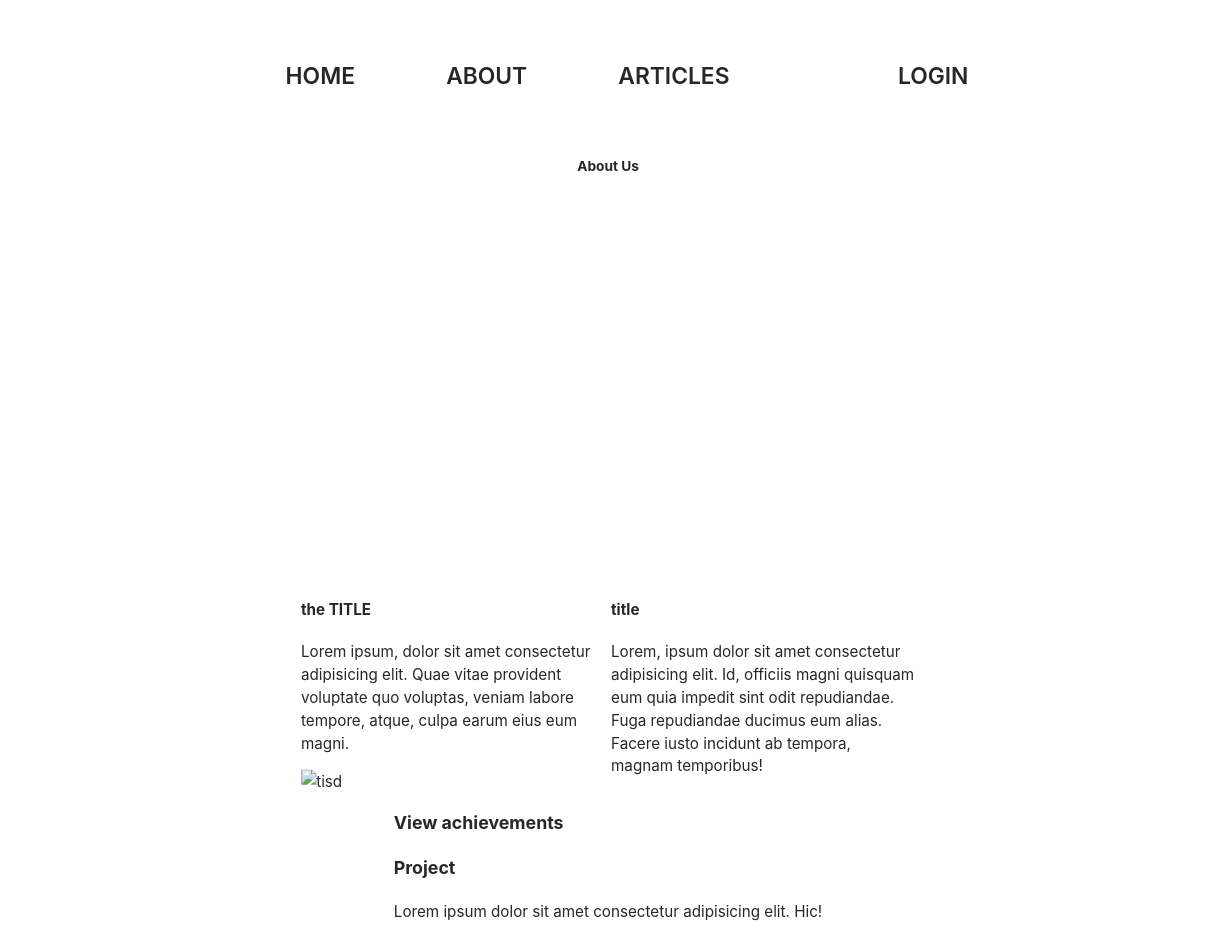
Repository: ValGrace/-static-site
Page: /about (app in client/)
These files come from the project's save history. The page is drawn as it stood at one moment and after the next save; the edit follows.
The browser window is 1280 px wide. The pictures show the whole page, at 95% of full size.
The project was rebuilt for these pictures with package versions that can differ from the ones it lists, and the page was loaded fresh each time. Also part of the build but not shown: client/vite.config.js, client/src/Utils/appwrite.js, client/src/Components/Inputs.css, client/src/Components/Login.jsx, client/src/Components/Signup.jsx, client/src/Components/HomeSection.jsx, client/src/Components/TopSection.jsx, client/src/Pages/HomePage.jsx.

Above is the page before, as saved 2023-02-07 12:58:12.

### client/src/main.jsx
import React from 'react'
import ReactDOM from 'react-dom/client'
import App from './App'
import './index.css'
import { BrowserRouter } from 'react-router-dom'
ReactDOM.createRoot(document.getElementById('root')).render(
  <React.StrictMode>
    <BrowserRouter>
    <App />
    </BrowserRouter>
  </React.StrictMode>,
)

### client/src/App.jsx
import PageRouter from './Routing/PageRouter'
import './App.css'

function App() {


  return (
    <div className="App">
      <PageRouter />
    </div>
  )
}

export default App

### client/src/index.css
:root {
  font-family: Inter, system-ui, Avenir, Helvetica, Arial, sans-serif;
  line-height: 1.5;
  font-weight: 400;

  color-scheme: light dark;
  color: rgba(7, 7, 7, 0.87);
  background-color: #ffffff;

  font-synthesis: none;
  text-rendering: optimizeLegibility;
  -webkit-font-smoothing: antialiased;
  -moz-osx-font-smoothing: grayscale;
  -webkit-text-size-adjust: 100%;
}

/* a {
  font-weight: 500;
  color: #646cff;
  text-decoration: inherit;
}
a:hover {
  color: #535bf2;
}

body {
  margin: 0;
  display: flex;
  place-items: center;
  min-width: 320px;
  min-height: 100vh;
}

h1 {
  font-size: 3.2em;
  line-height: 1.1;
}

button {
  border-radius: 8px;
  border: 1px solid transparent;
  padding: 0.6em 1.2em;
  font-size: 1em;
  font-weight: 500;
  font-family: inherit;
  background-color: #1a1a1a;
  cursor: pointer;
  transition: border-color 0.25s;
}
button:hover {
  border-color: #646cff;
}
button:focus,
button:focus-visible {
  outline: 4px auto -webkit-focus-ring-color;
}

@media (prefers-color-scheme: light) {
  :root {
    color: #213547;
    background-color: #ffffff;
  }
  a:hover {
    color: #747bff;
  }
  button {
    background-color: #f9f9f9;
  }
} */

### client/src/Routing/PageRouter.jsx
import Dashboard from "../Pages/Dashboard";
import HomePage from "../Pages/HomePage";
import { Routes, Route} from "react-router-dom"
import AboutPage from "../Pages/aboutPage";
const PageRouter = () => {
    return (
        <Routes>
            <Route path="/" element={<Dashboard />} />
            <Route path="/home" element={<HomePage />} />
            <Route path="/about" element={<AboutPage />} />

        </Routes>
    )
}

export default PageRouter

### client/src/App.css
.App {
  display: flex;
  flex-direction: column;
  justify-content: center;
  align-items: center;
}

### client/src/Pages/Dashboard.jsx
import React, { useReducer} from 'react'
import Login from '../Components/Login'
import Signup from '../Components/Signup'
import "../Components/Inputs.css"
const initialState = {page : <Login />}
function reducer(state, action) {
    switch(action.type) {
        case 'loginpage':
          return { page: <Login />}
        case 'signuppage':
            return { page: <Signup />}
        default:
            return { page: <h2>Loading....</h2>}
    }
}
const Dashboard = () => {
    const [state, dispatch] = useReducer(reducer, initialState)
    return (
        <div className='dashboard'>
         <h2>Static Site Generator</h2>
         <div>Static site Image</div>
         <div className='dash' id='dash'>
            <div className='toggleForms'>
                <button onClick={() => dispatch({type: 'loginpage'})} className="type-btn">Login</button>
                <button onClick={() => dispatch({type: 'signuppage'})} className="type-btn">Signup</button>
                </div>
            <React.Fragment>{state.page}</React.Fragment>

            <button id="auth-btns">Login with Github account</button>
            <button id="auth-btns">Login with Google account</button>
         </div>
       </div>
    )
}

export default Dashboard

### client/src/Pages/aboutPage.jsx
import Navbar from "../Components/Navbar"
import "../Components/InfoPage.css"
const AboutPage = () => {
   return (
    <>
    <Navbar />
    <h2 id="about-page">about us</h2>
    <div className="about-mid">
        <div className="about-info">
            <h4>the TITLE</h4>
            <p>Lorem ipsum, dolor sit amet consectetur adipisicing elit. Quae vitae provident voluptate quo voluptas, veniam labore tempore, atque, culpa earum eius eum magni.</p>
            <div className="abt-img">
                <img src="" alt="tisd" />
            </div>
        </div>
        <div className="about-info">
            <h4>title</h4>
            <p>Lorem, ipsum dolor sit amet consectetur adipisicing elit. Id, officiis magni quisquam eum quia impedit sint odit repudiandae. Fuga repudiandae ducimus eum alias. Facere iusto incidunt ab tempora, magnam temporibus!</p>
        </div>

    </div>
    <div>
        <h3>View achievements</h3>
        <div>
            <h3>Project</h3>
            <p>Lorem ipsum dolor sit amet consectetur adipisicing elit. Hic!</p>
        </div>
    </div>
    </>
   )
}

export default AboutPage

### client/src/Components/Navbar.jsx
import "./Navbar.css"
const Navbar = () => {
    return (
        <nav>
            <ul>
                <li>home</li>
                <li>about</li>
                <li>articles</li>
            </ul>
            <ul>
                <li>Login</li>
            </ul>
        </nav>
    )
}

export default Navbar

### client/src/Components/InfoPage.css
#about-page {
    font-size:0.9rem;
    text-transform: capitalize;

    width: 80vw;
    height: 60vh;
    text-align: center;
}

.about-mid {
   display: flex;
   gap: 0.4rem;
   flex-wrap: wrap;
}

.about-info {
    width: 25vw;
}

### client/src/Components/Navbar.css
nav {
    width: 70vw;
    height: 20vh;
    display: flex;
}

nav > ul{
  display: flex;
  flex-direction: row;
  text-transform: uppercase;
  list-style-type: none;
  justify-content: center;
  align-items: center;
  gap: 4em;
  font-weight: 600;
  font-size: 1.5rem;
  flex-grow: 1;
}

#top-text {
    width: 80vw;
}

#top-text > h2 {
    font-size: 4.5rem;
    text-transform: capitalize;
    margin: 0;
    /* float: left; */
}

#top-text > p {
    float: right;

}

.head-section {
    display: flex;
    width: 80vw;
    gap: 0.5em;
    flex-wrap: wrap;
}

.head-img {
    background-color: rgb(1, 51, 51);
    width: 50%;
    border-radius: 0.9em;
    height: 30vh;
}

.side-section {
    display: flex;
    flex-direction: row;
    gap: 0.3rem;
    width: 40%;
}

.side-img {
    background-color: black;
    width: 5rem;
    height: 4rem;
    border-radius: 50%;
}

.side-blogs > h4, .side-blogs > p {
    margin: 0;
}

.site-descr {
    width: 80vw;
    background-color: rgba(1, 1, 12, 0.979);
    color: rgba(255, 255, 255, 0.767);
    border-radius: 9px;
    margin-top: 0.9rem;
    display: flex;
    /* gap: 0.4rem; */
    padding: 0.4rem;
    height: 25vh;
    margin-bottom: 3em;
}

.site-descr > p {
    width: 75%;
}
.site-sep {
    width: 0.1rem;
    height: 90%;
    background-color: azure;
    margin-right: 0.7rem;
}


.value-section {
   width: 80vw;
    display: flex;
    gap: 0.3rem;
    flex-wrap: wrap;
}

.single-value {
    border: 0.9px solid rgba(0, 0, 0, 0.87);
    padding: 0.8em;
    width: 20rem;
}

Loaded but not shown: client/index.html (common file)

After the next save:
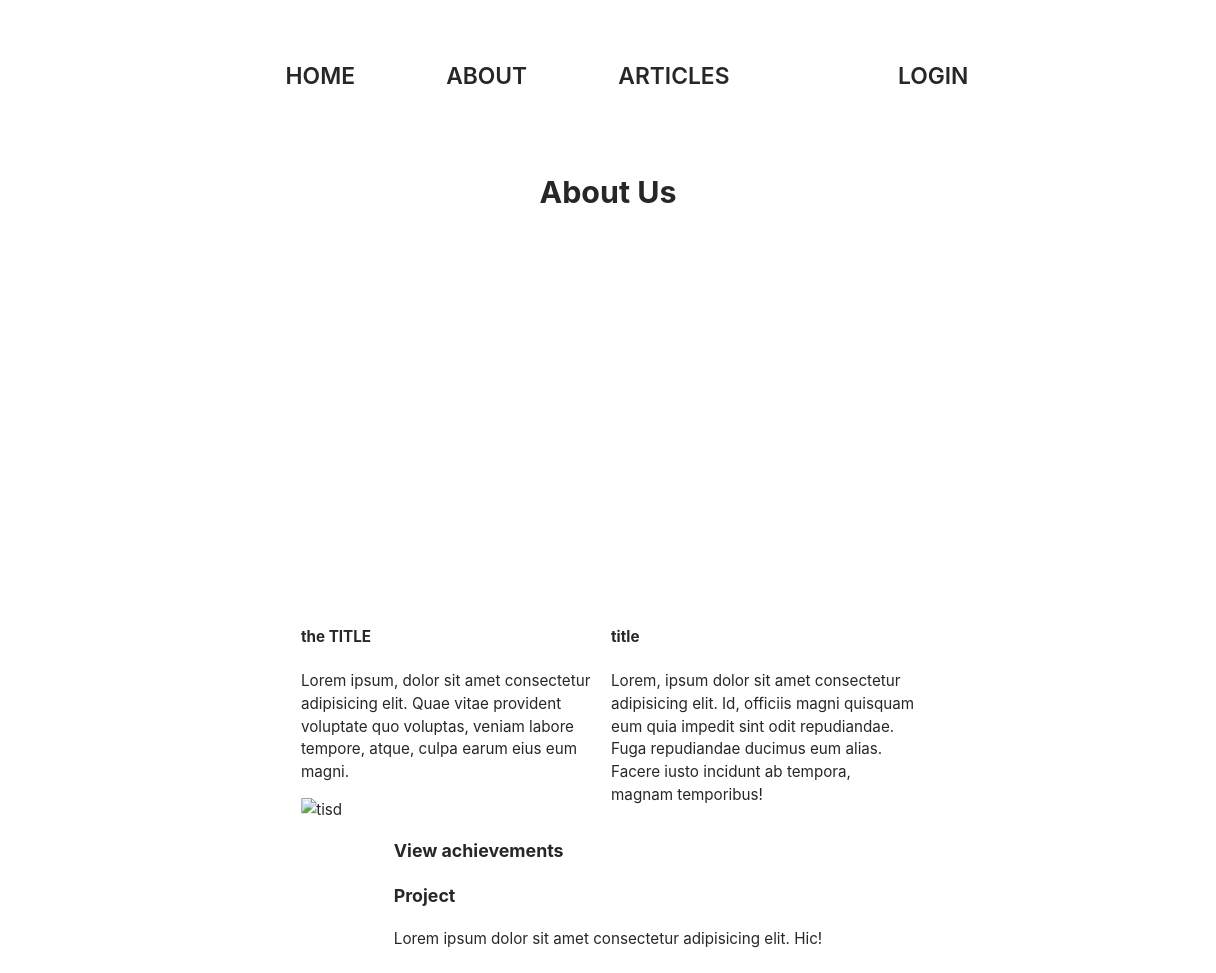
Saved 25 s later.
--- a/client/src/Components/InfoPage.css
+++ b/client/src/Components/InfoPage.css
@@ -1,5 +1,5 @@
 #about-page {
-    font-size:0.9rem;
+    font-size:2rem;
     text-transform: capitalize;
 
     width: 80vw;
